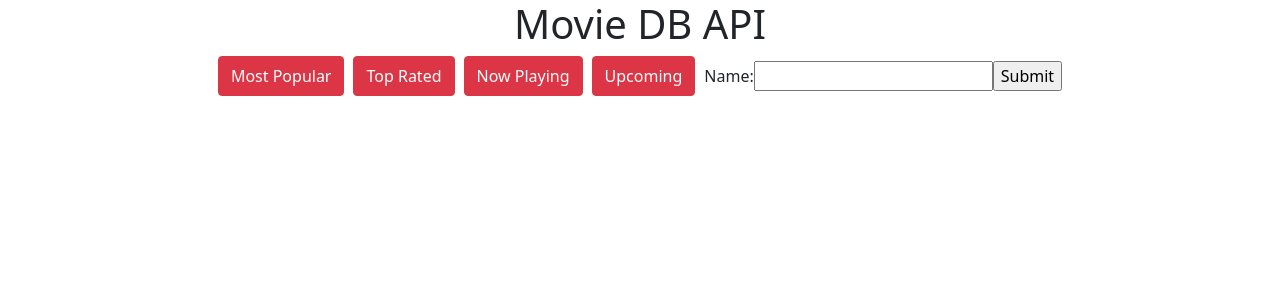
Repository: chaampavictor/moviedbapi
Page: /
An editor plug-in stored every save of this project. The page is shown before and after the next save, followed by the edit.
The browser window is 1280 px wide. The pictures show the whole page.
The page's requests for data from a server got no answer. The project was rebuilt for these pictures with package versions that can differ from the ones it lists, and the page was loaded fresh each time. No one was signed in, and anything a server would have sent is missing.

Above is the page before, as saved 2022-01-13 13:01:36.

After the next save:
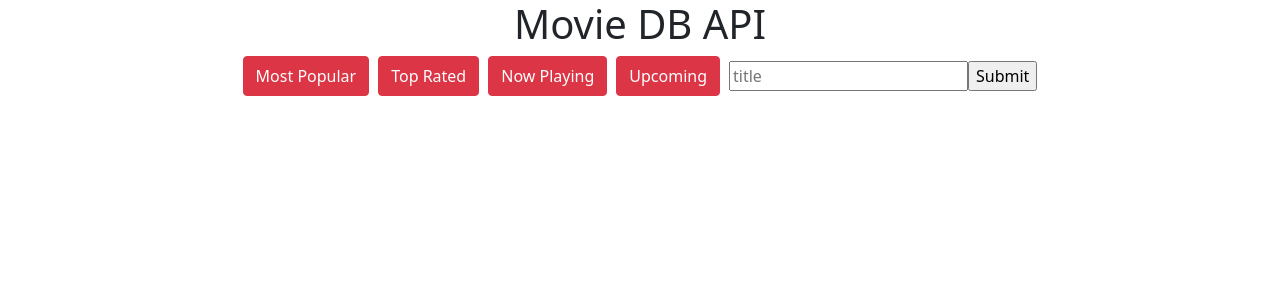
Saved 45 s later.
--- a/src/search.js
+++ b/src/search.js
@@ -10,11 +10,11 @@ export function Search(props) {
   return (
     <form onSubmit={handleSubmit}>
       <label>
-        Name:
         <input
           type="text"
           value={name}
           onChange={(e) => setName(e.target.value)}
+          placeholder="title"
         />
       </label>
       <input type="submit" value="Submit" />
